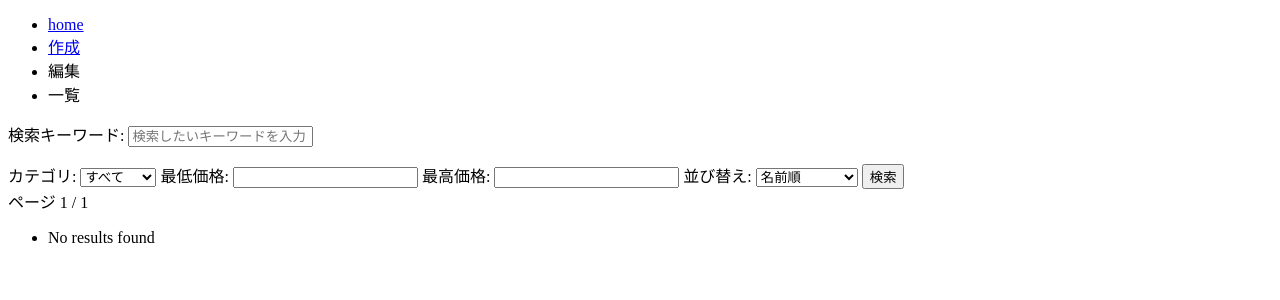
Repository: mamesuke7274/2024_kouki_kuwayamasyoutarou
Page: http://localhost/
An editor plug-in stored every save of this project. The page is shown before and after a run of saves, followed by the edit.
The browser window is 1280 px wide. The pictures show the whole page.
The page is served by the project's application, run on Django 4.2 (manage.py). Other server files are loaded and not shown. Queries for data that is not in the repository find no rows.

Above is the page before, as saved 2024-10-19 09:53:47.

### search_app/views.py
from django.shortcuts import render, get_object_or_404, redirect
from .models import Product, Category
from .forms import ProductForm, SearchForm
from django.core.paginator import Paginator

def product_create(request):
    if request.method == 'POST':
        form = ProductForm(request.POST)
        if form.is_valid():
            form.save()
            return redirect('product_list')
    else:
        form = ProductForm()
    return render(request, 'product_form.html', {'form': form})

def product_detail(request, pk):
    product = get_object_or_404(Product, pk=pk)

    return render(request, 'product_detail.html', {'product': product})

def product_update(request, pk):
    product = get_object_or_404(Product, pk=pk)
    if request.method == 'POST':
        form = ProductForm(request.POST, instance=product)
        if form.is_valid():
            form.save()
            return redirect('product_detail', pk=product.pk)
    else:
        form = ProductForm(instance=product)
    # product オブジェクトをテンプレートに渡す
    return  render(request,  'product_form.html',  {'form':  form,  'product': product})

def product_delete(request, pk):
    product = get_object_or_404(Product, pk=pk)
    if request.method == 'POST':
        product.delete()
        return redirect('product_list')
    return render(request, 'product_confirm_delete.html', {'product': product})

def product_list(request):
    products = Product.objects.all()
    print(products)
    return render(request, 'product_list.html', {'products': products})

def search_view(request):
    form = SearchForm(request.GET or None)
    results = Product.objects.all()  # クエリセットの初期化
    if form.is_valid():
        query = form.cleaned_data['query']
        if query:
            results = results.filter(name__icontains=query)
    # カテゴリフィルタリング
    category_name = request.GET.get('category')
    if category_name:
        try:
            # カテゴリ名に基づいてカテゴリIDを取得
            category = Category.objects.get(name=category_name)
            results = results.filter(category_id=category.id)
        except Category.DoesNotExist:
            results = results.none() # 存在しないカテゴリの場合、結果を空にする
            category = None

    # 価格のフィルタリング（最低価格・最高価格）
    min_price = request.GET.get('min_price')
    max_price = request.GET.get('max_price')
    if min_price:
        results = results.filter(price__gte=min_price)
    if max_price:
        results = results.filter(price__lte=max_price)

    # 並び替え処理
    sort_by = request.GET.get('sort', 'name')
    if sort_by == 'price_asc':
        results = results.order_by('price')
    elif sort_by == 'price_desc':
        results = results.order_by('-price')

    # クエリセットをリストに変換せず、直接Paginatorに渡す
    paginator = Paginator(results, 10)
    page_number = request.GET.get('page')
    page_obj = paginator.get_page(page_number)

    return render(request, 'search.html', {'form': form, 'page_obj': page_obj, 'results': results})

### search_app/templatetags/custom_filters.py
from django import template

register = template.Library()

@register.filter
def to(value):
    try:
        return range(1, value + 1)
    except TypeError:
        return []

### search_app/templates/search.html
<!DOCTYPE html>
<html lang="en">

<head>
    <meta charset="UTF-8">
    <meta name="viewport" content="width=device-width, initial-scale=1.0">
    <title>search_app</title>
</head>

<body>
    <header>
        <nav>
            <ul>
                <li><a href="{% url 'search_view' %}">home</a></li>
                <li><a href="{% url 'product_create' %}">作成</a></li>
                <li>編集</li>
                <li>一覧</li>
            </ul>
        </nav>
    </header>
    <form method="get">
        {{ form.as_p }}
        <label for="category">カテゴリ:</label>
        <select name="category">
            <option value="">すべて</option>
            <option value="プログラミング">本</option>
            <option value="電子機器">電子機器</option>
        </select>
        <label for="min_price">最低価格:</label>
        <input type="number" name="min_price" min="0">
        <label for="max_price">最高価格:</label>
        <input type="number" name="max_price" min="0">
        <!-- 並び替えの選択 -->
        <label for="sort">並び替え:</label>
        <select name="sort">
            <option value="name">名前順</option>
            <option value="price_asc">価格が安い順</option>
            <option value="price_desc">価格が高い順</option>
        </select>
        <button type="submit">検索</button>
    </form>
    <div class="pagination">
        <span class="step-links">
            {% if page_obj.has_previous %}
            <a href="?page=1">最初</a>
            <a href="?page={{ page_obj.previous_page_number }}">前へ</a>
            {% endif %}

            <span>ページ {{ page_obj.number }} /
                {{ page_obj.paginator.num_pages }}</span>

            {% if page_obj.has_next %}
            <a href="?page={{ page_obj.next_page_number }}">次へ</a>
            <a href="?page={{ page_obj.paginator.num_pages }}">最後</a>
            {% endif %}
        </span>
    </div>
    <ul>
        {% for product in page_obj %}
        <li>{{ product.name }} - {{ product.price }}</li>
        {% empty %}
        <li>No results found</li>
        {% endfor %}
    </ul>



</body>

</html>

### search_app/forms.py
from django import forms
from .models import Product

class SearchForm(forms.Form):
    query = forms.CharField(
        label='検索キーワード',
        max_length=100,
        required=False,
        widget=forms.TextInput(attrs={'placeholder': '検索したいキーワードを入力'})
    )

class ProductForm(forms.ModelForm):
    class Meta:
        model = Product
        fields = ['name', 'description', 'price', 'category']

### search_project/urls.py
from django.contrib import admin
from django.urls import path,include

urlpatterns = [
    path('admin/', admin.site.urls),
    path('', include('search_app.urls')),
]

### search_app/urls.py
from django.urls import path
from . import views
urlpatterns = [
    path('', views.search_view, name='search'),
    path('search/', views.search_view, name='search_view'),
    path('product/new/', views.product_create, name='product_create'),
    path('product/<int:pk>/', views.product_detail, name='product_detail'),
    path('product/<int:pk>/edit/',  views.product_update, name='product_update'),
    path('product/<int:pk>/delete',  views.product_delete, name='product_delete'),
    path('product/', views.product_list, name='product_list'),
]

After the next 4 saves:
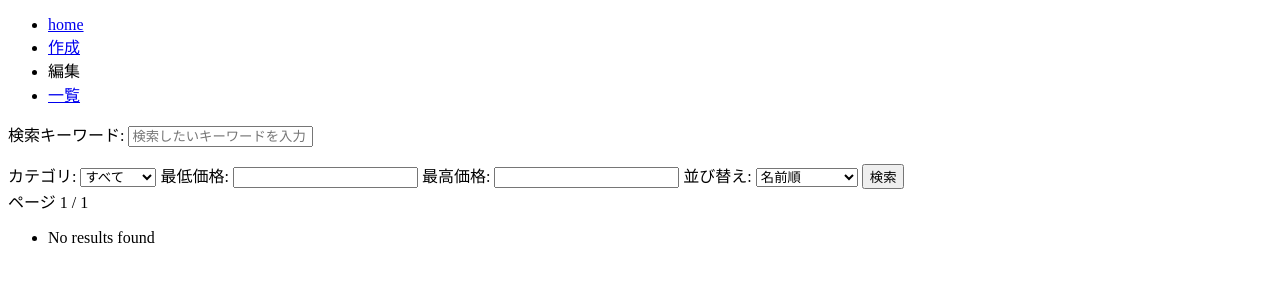
The 4 saves are shown as one change because they came seconds apart.
The last was saved 39 s later.
--- a/search_app/templates/search.html
+++ b/search_app/templates/search.html
@@ -14,7 +14,7 @@
                 <li><a href="{% url 'search_view' %}">home</a></li>
                 <li><a href="{% url 'product_create' %}">作成</a></li>
                 <li>編集</li>
-                <li>一覧</li>
+                <li><a href="product_list">一覧</a></li>
             </ul>
         </nav>
     </header>
